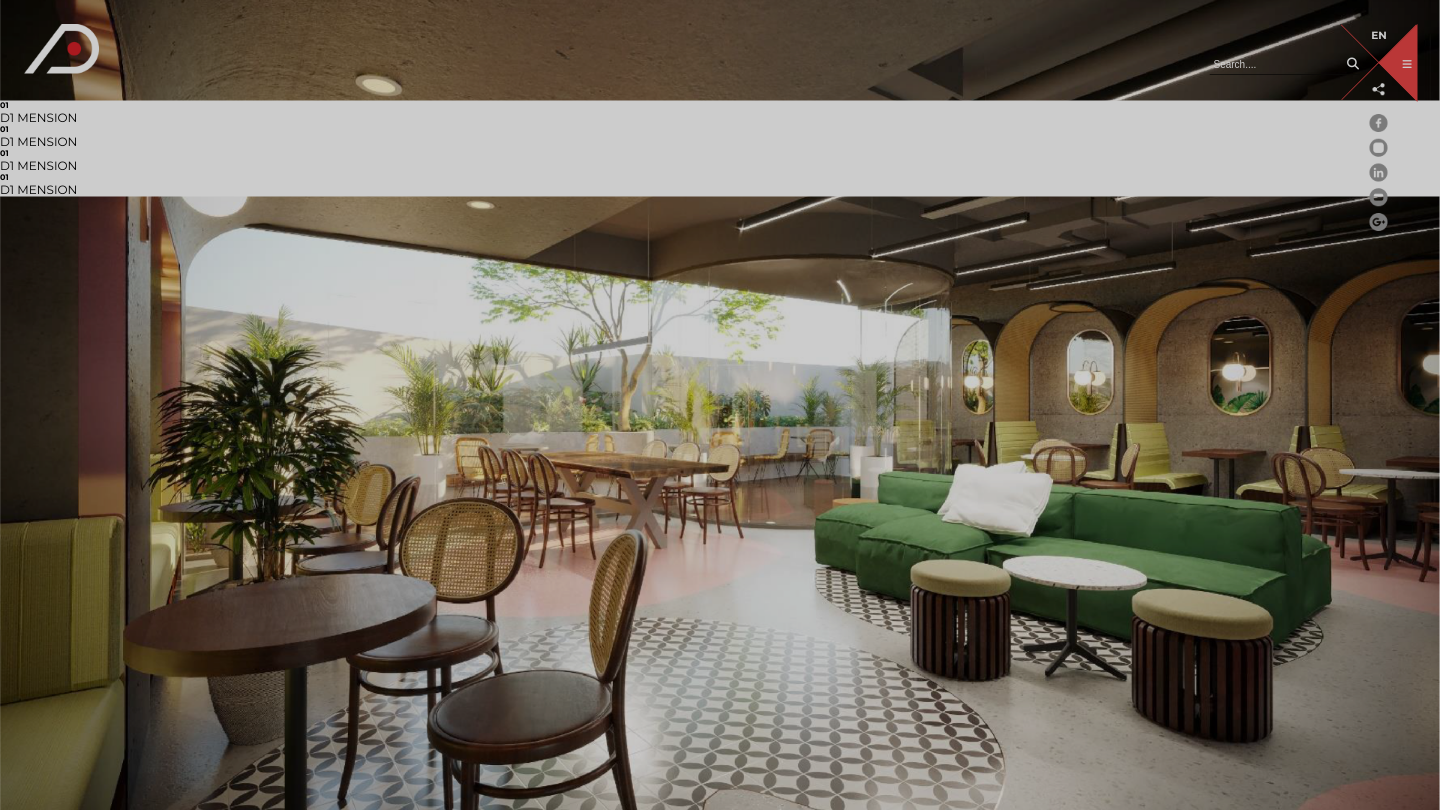
Repository: iphoneboy46/demoMonaFigma
Page: index.html
These files come from the project's save history. The page is drawn as it stood at one moment and after the next save; the edit follows.
The browser window is 1280 px wide. The page is 1920 px wide, so the pictures cover 1920 px, including what lies to the right of the window. The pictures show the whole page, at 75% of full size.
Some web libraries are served in a nearby version.

Above is the page before, as saved 2023-03-20 13:30:31.

After the next save:
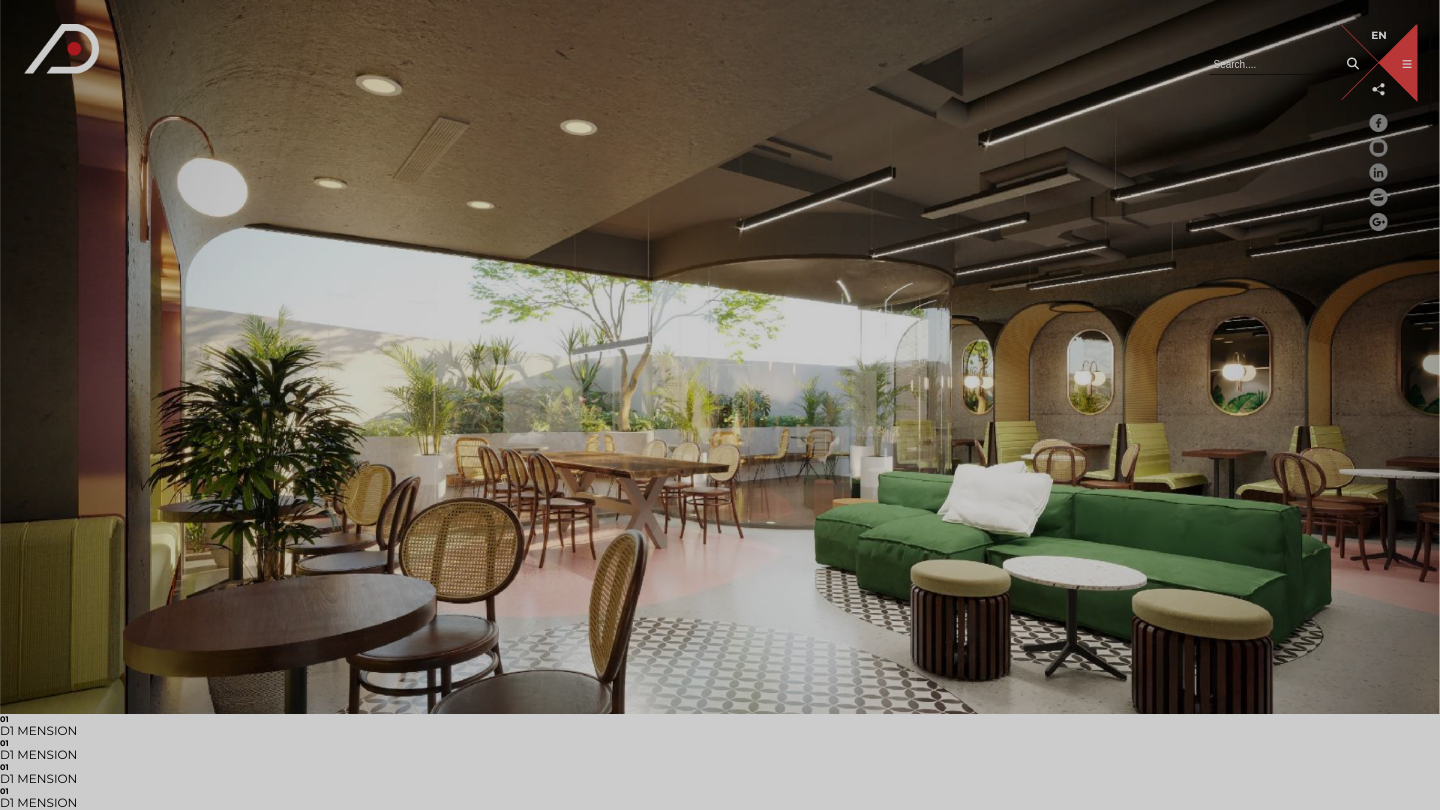
Saved 41 s later.
--- a/style.css
+++ b/style.css
@@ -23,6 +23,9 @@ header {
     filter: brightness(80%);
     z-index: 1;
     font-family: "Montserrat", sans-serif;
+    display: flex;
+    justify-content: space-between;
+    flex-direction: column;
 }
 
 
